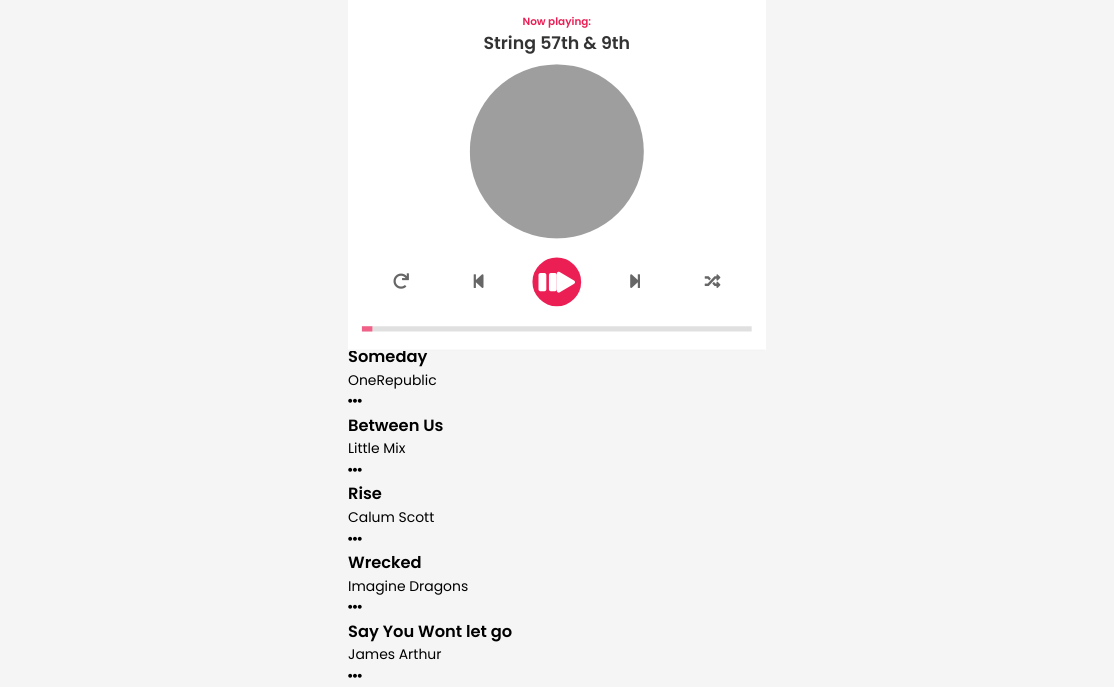
Repository: maivannhan1998/MusicPlayer.github.io
Page: index.html
An editor plug-in stored every save of this project. The page is shown before and after the next save, followed by the edit.
The browser window is 1280 px wide. The pictures show the whole page, at 87% of full size.
Pictures or frames that could not be fetched are drawn as grey boxes.

Above is the page before, as saved 2021-11-09 16:00:15.

### index.html
<!DOCTYPE html>
<html lang="en">
<head>
    <meta charset="UTF-8">
    <meta http-equiv="X-UA-Compatible" content="IE=edge">
    <meta name="viewport" content="width=device-width, initial-scale=1.0">
    <title>CodePlayMusic</title>
    <link rel="stylesheet" href="./assets/css/main.css">
    <link rel="stylesheet" href="https://cdnjs.cloudflare.com/ajax/libs/font-awesome/5.15.2/css/all.min.css" integrity="sha512-HK5fgLBL+xu6dm/Ii3z4xhlSUyZgTT9tuc/hSrtw6uzJOvgRr2a9jyxxT1ely+B+xFAmJKVSTbpM/CuL7qxO8w==" crossorigin="anonymous" />
    <link rel="preconnect" href="https://fonts.gstatic.com">
    <link href="https://fonts.googleapis.com/css2?family=Poppins:wght@300;400;600&display=swap" rel="stylesheet">
</head>
<body>
    <div class="player">
        <!-- Dashboard -->
        <div class="dashboard">
          <!-- Header -->
          <header>
            <h4>Now playing:</h4>
            <h2>String 57th & 9th</h2>
          </header>

          <!-- CD -->
          <div class="cd">
            <div class="cd-thumb">
            </div>
          </div>

          <!-- Control -->
          <div class="control">
                <div class="btn btn-repeat">
                    <i class="fas fa-redo"></i>
                </div>
                <div class="btn btn-prev">
                    <i class="fas fa-step-backward"></i>
                </div>
                <div class="btn btn-toggle-play">
                    <i class="fas fa-pause icon-pause"></i>
                    <i class="fas fa-play icon-play"></i>
                </div>
                <div class="btn btn-next">
                    <i class="fas fa-step-forward"></i>
                </div>
                <div class="btn btn-random">
                    <i class="fas fa-random"></i>
                </div>
          </div>

          <input id="progress" class="progress" type="range" value="0" step="1" min="0" max="100">



          <audio id="audio" src=""></audio>
        </div>

        <!-- Playlist -->
        <div class="playlist">

        </div>
      </div>
      <script>
         const $ = document.querySelector.bind(document);
         const $$ = document.querySelectorAll.bind(document);

         const app = {

            currentIndex: 0,

            songs: [
                 {
                     name: 'Easy On Me',
                     singer: 'adele',
                     path: './assets/music/song1.mp3',
                     image: './assets/img/img1.jpg'
                 }, {
                     name: 'One Right Now',
                     singer: 'Post Malone, The Weeknd',
                     path: './assets/music/song2.mp3',
                     image: './assets/img/img2.jpg'
                 }, {
                     name: 'For Tonight',
                     singer: 'Giveon',
                     path: './assets/music/song3.mp3',
                     image: './assets/img/img3.jpg'
                 }, {
                     name: 'Cold Heart',
                     singer: 'Elton John, Dua Lipa',
                     path: './assets/music/song4.mp3',
                     image: './assets/img/img4.jpg'
                 }, {
                     name: 'STAY',
                     singer: 'The Kid LAROI, Justin Bieber',
                     path: './assets/music/song5.mp3',
                     image: './assets/img/img5.jpg'
                 }, {
                     name: 'Someday',
                     singer: 'OneRepublic',
                     path: './assets/music/song6.mp3',
                     image: './assets/img/img6.jpg'
                 }, {
                     name: 'Between Us',
                     singer: 'Little Mix',
                     path: './assets/music/song7.mp3',
                     image: './assets/img/img7.jpg'
                 }, {
                     name: 'Rise',
                     singer: 'Calum Scott',
                     path: './assets/music/song8.mp3',
                     image: './assets/img/img8.jpg'
                 }, {
                     name: 'Wrecked',
                     singer: 'Imagine Dragons',
                     path: './assets/music/song9.mp3',
                     image: './assets/img/img9.jpg'
                 }, {
                     name: 'Say You Wont let go',
                     singer: 'James Arthur',
                     path: './assets/music/song10.mp3',
                     image: './assets/img/img10.jpg'
                 }
             ],

            render: function(){
                const htmls = this.songs.map((song) => {
                    return `
                        <div class="song">
                            <div class="thumb"
                                style="background-image: url('${song.image}')">
                            </div>
                            <div class="body">
                                <h3 class="title">${song.name}</h3>
                                <p class="author">${song.singer}</p>
                            </div>
                            <div class="option">
                                <i class="fas fa-ellipsis-h"></i>
                            </div>
                        </div>
                    `
                })
                $('.playlist').innerHTML = htmls.join('')
            },

            handleEvents: function() {
                const cd = $('.cd')
                const cdWidth  = cd.offsetWidth;

                 document.onscroll = function () {
                    const scrollTop = window.scrollY || document.documentElement.scrollTop;
                    const newCdWidth = cdWidth - scrollTop;

                    cd.style.width = newCdWidth > 0 ? newCdWidth + 'px' : 0;
                    cd.style.opacity = newCdWidth / cdWidth;
                 }
            },
            getCurrentSong: function() {
                return this.songs[this.currentIndex];
            },
            start: function() {

                this.handleEvents();

                console.log(this.getCurrentSong())

                this.render();
            }
        }

        app.start();

      </script>
</body>
</html>

### assets/css/main.css
:root {
  --primary-color: #ec1f55;
  --text-color: #333;
}

* {
  padding: 0;
  margin: 0;
  box-sizing: inherit;
}

body {
  background-color: #f5f5f5;
}

html {
  box-sizing: border-box;
  font-family: "Poppins", sans-serif;
}

.player {
  position: relative;
  max-width: 480px;
  margin: 0 auto;
}

.dashboard {
  position: fixed;
  padding: 16px 16px 14px;
  background-color: #fff;
  top: 0;
  width: 100%;
  max-width: 480px;
  border-bottom: 1px solid #ebebeb;
}

header {
  text-align: center;
  margin-bottom: 10px;
}

header h2 {
  color: var(--text-color);
  font-size: 20px;
}

header h4 {
  color: var(--primary-color);
  font-size: 12px;
}

.cd {
  display: flex;
  margin: auto;
  width: 200px;
}

.cd-thumb {
  background-image: url('/assets/img/maxresdefault.jpg');
  width: 100%;
  padding-top: 100%;
  border-radius: 50%;
  background-color: #333;
  background-size: cover;
  margin: auto;
}

.control {
  display: flex;
  align-items: center;
  justify-content: space-around;
  padding: 18px 0 8px 0;
}

.control .btn {
  color: #666;
  padding: 18px;
  font-size: 18px;
}

.control .btn-toggle-play {
  display: flex;
  align-items: center;
  justify-content: center;
  width: 56px;
  height: 56px;
  border-radius: 50%;
  font-size: 24px;
  color: #fff;
  background-color: var(--primary-color);
}

.progress {
  width: 100%;
  -webkit-appearance: none;
  height: 6px;
  background: #d3d3d3;
  outline: none;
  opacity: 0.7;
  -webkit-transition: 0.2s;
  transition: opacity 0.2s;
}

.progress::-webkit-slider-thumb {
  -webkit-appearance: none;
  appearance: none;
  width: 12px;
  height: 6px;
  background-color: var(--primary-color);
  cursor: pointer;
}

After the next save:
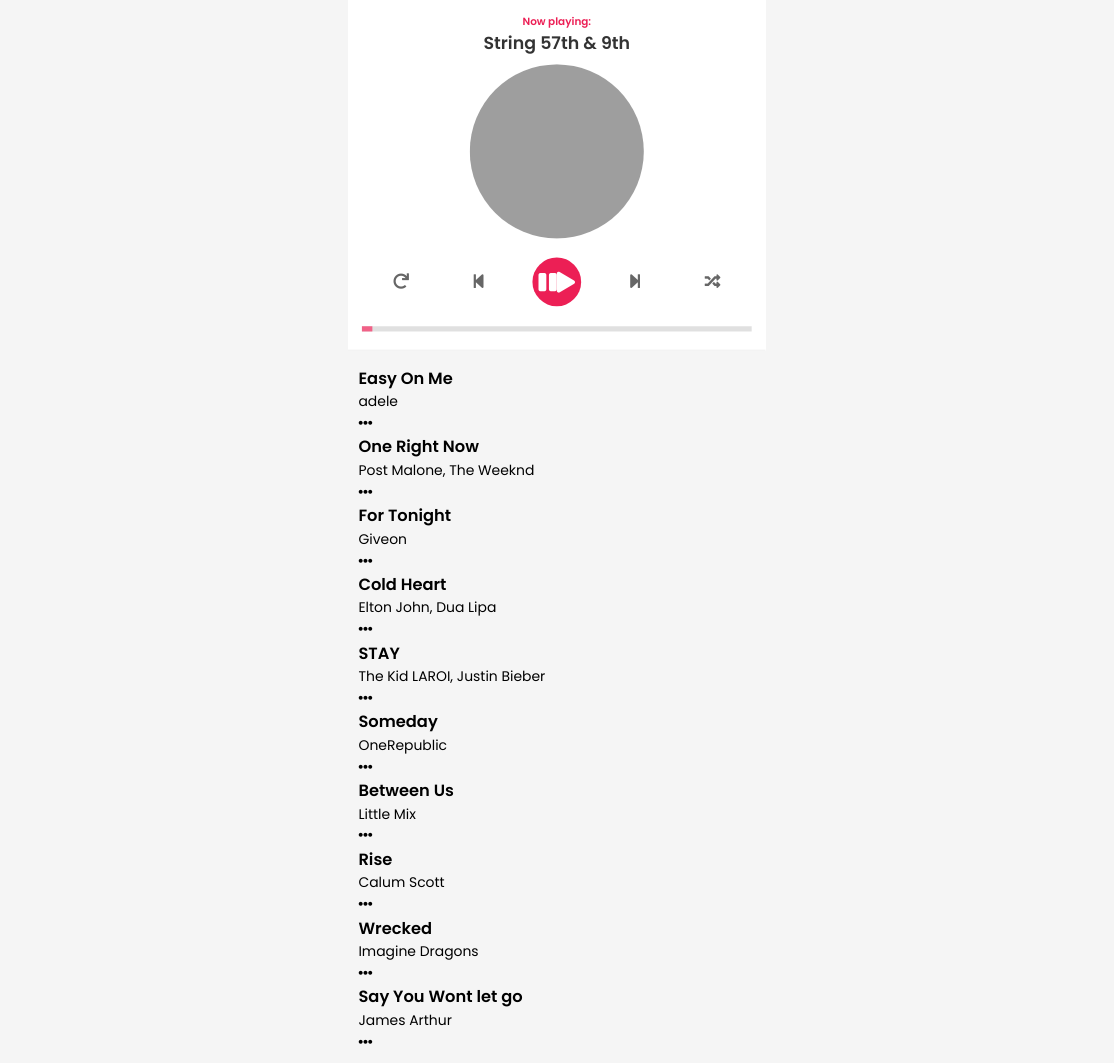
Saved 75 s later.
--- a/assets/css/main.css
+++ b/assets/css/main.css
@@ -109,3 +109,8 @@ header h4 {
   background-color: var(--primary-color);
   cursor: pointer;
 }
+
+.playlist {
+  margin-top: 408px;
+  padding: 12px;
+}

After the save that followed:
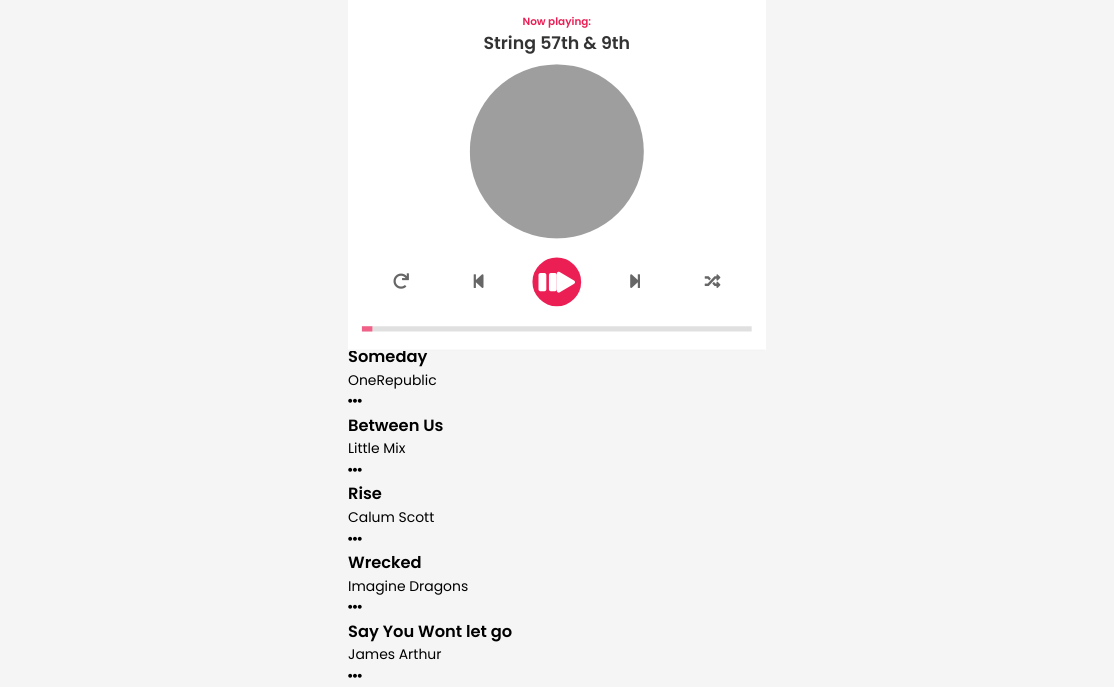
Saved 5 s later.
--- a/assets/css/main.css
+++ b/assets/css/main.css
@@ -109,8 +109,3 @@ header h4 {
   background-color: var(--primary-color);
   cursor: pointer;
 }
-
-.playlist {
-  margin-top: 408px;
-  padding: 12px;
-}
